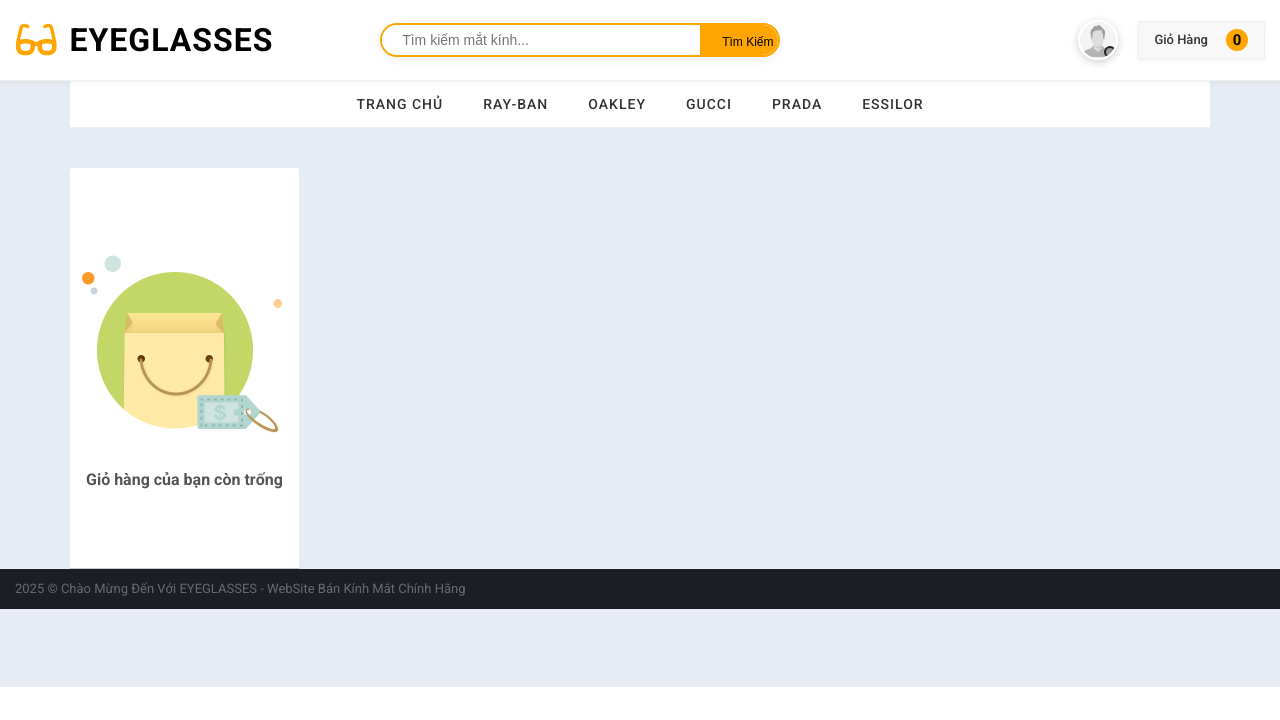
Repository: Giau-svg/glasses-store
Page: http://localhost/view_cart.php
The author's editor kept a copy of each file at every save. The page is drawn from the files as they stood at one save, then again after the next save.
The browser window is 1280 px wide. The pictures show the whole page.
Some web libraries are served in a nearby version. The page is run by PHP 8.4 with error messages shown; the project is at /var/www/html/. The database holds what the project's SQL file puts in it.

Above is the page before, as saved 2025-05-08 05:23:09.

After the next save:
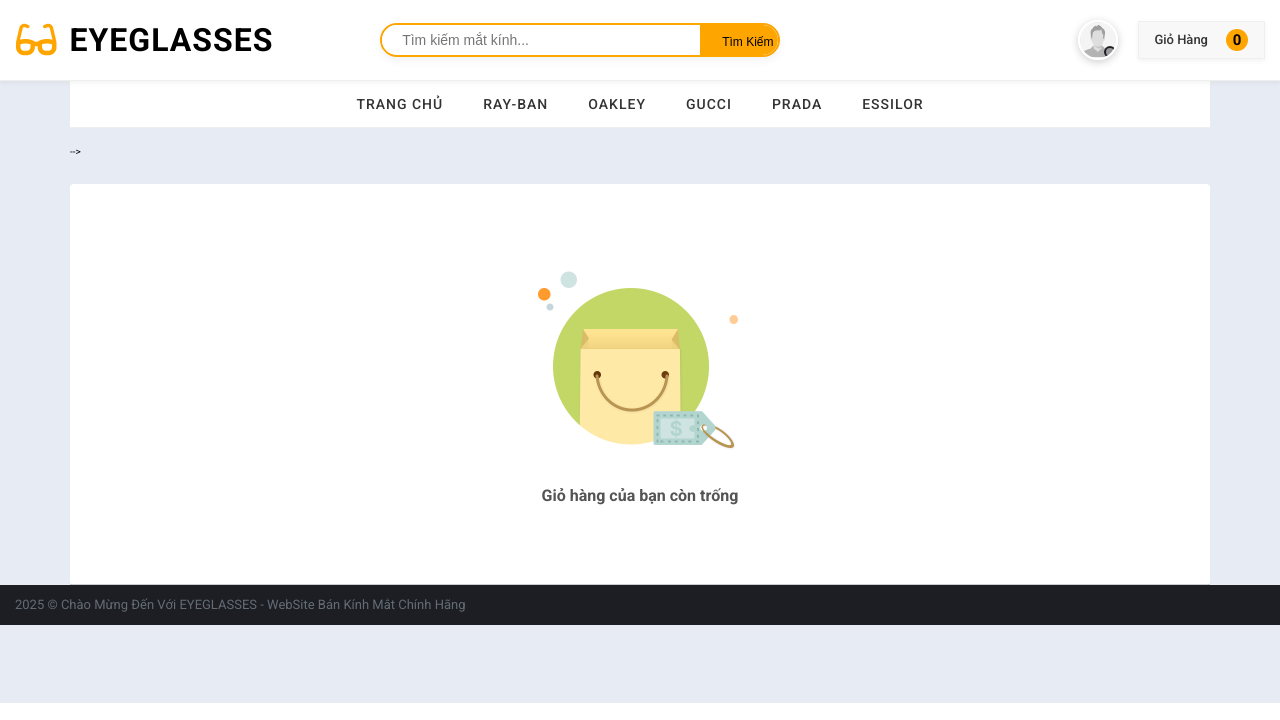
Saved 2 min 18 s later.
--- a/partials/slider.php
+++ b/partials/slider.php
@@ -12,26 +12,16 @@ $types = ['men', 'women', 'sunglasses', 'children', 'lens'];
 ?>
 <div class="grid">
     <div class="slider-wrap">
-        <?php if(mysqli_num_rows($result_products) > 0): ?>
-            <?php $i = 0; foreach ($result_products as $product): ?>
-                <div class="brands-img__wrap">
-                    <a href="view_brand.php?type=<?php echo $types[$i % count($types)]; ?>" class="brands__img">
-                        <img src="admin/products/uploads/<?php echo $product['image_path']; ?>" alt="<?php echo $product['product_name']; ?>">
-                        <div class="slider-caption">
-                            <h3><?php echo $product['product_name']; ?></h3>
-                            <p><?php echo currency_format($product['price']); ?></p>
-                        </div>
-                    </a>
+        <div class="brands-img__wrap">
+            <a href="#" class="brands__img">
+                <img src="public/img/slide1.jpg" alt="Banner 1">
+                <div class="slider-caption">
+                    <h3>Gucci - Nâng tầm phong cách</h3>
+                    <p>Khám phá bộ sưu tập mới</p>
                 </div>
-            <?php $i++; endforeach; ?>
-        <?php else: ?>
-            <!-- Hiển thị banner mặc định nếu không có sản phẩm -->
-            <div class="brands-img__wrap">
-                <a href="view_brand.php?type=sunglasses" class="brands__img">
-                    <img src="public/img/banner-default.jpg" alt="Banner mặc định">
-                </a>
-            </div>
-        <?php endif; ?>
+            </a>
+        </div>
+        <!-- Nếu muốn nhiều ảnh, copy thêm block này và đổi tên file ảnh -->
     </div>
 </div>
 
